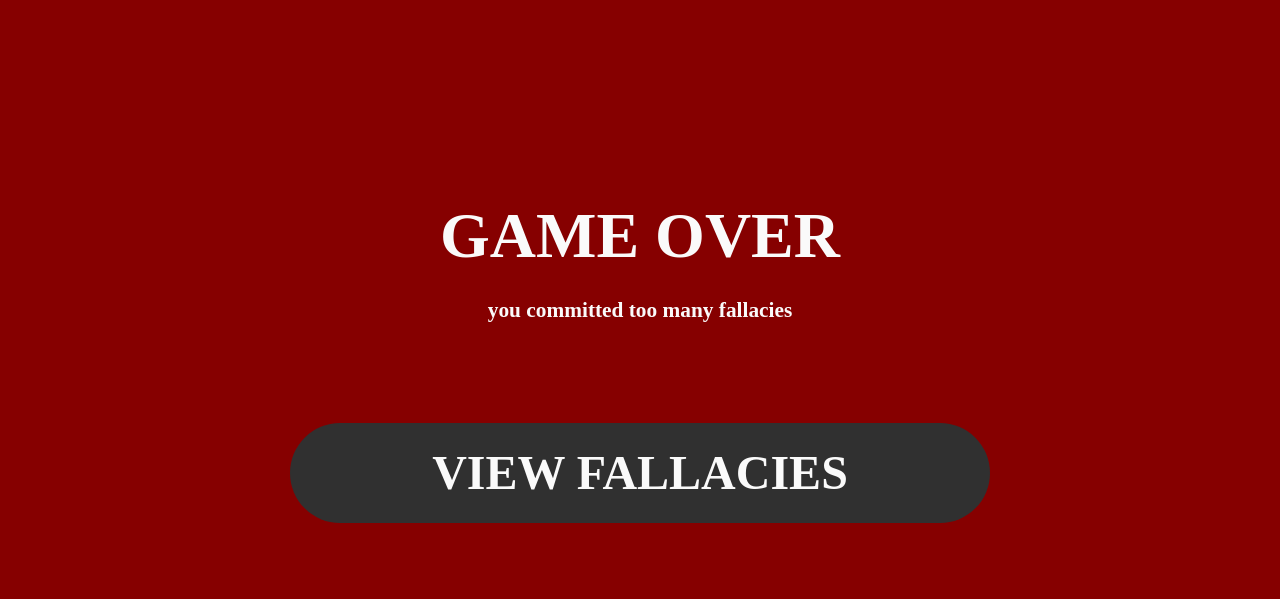
Repository: cindyvunguyen/fallacy
Page: index.html
The author's editor kept a copy of each file at every save. The page is drawn from the files as they stood at one save, then again after the next save.
The browser window is 1280 px wide. The pictures show the whole page.
Some web fonts or font styles are not loaded; a fallback is used.

Above is the page before, as saved 2020-03-12 17:17:59.

After the next save:
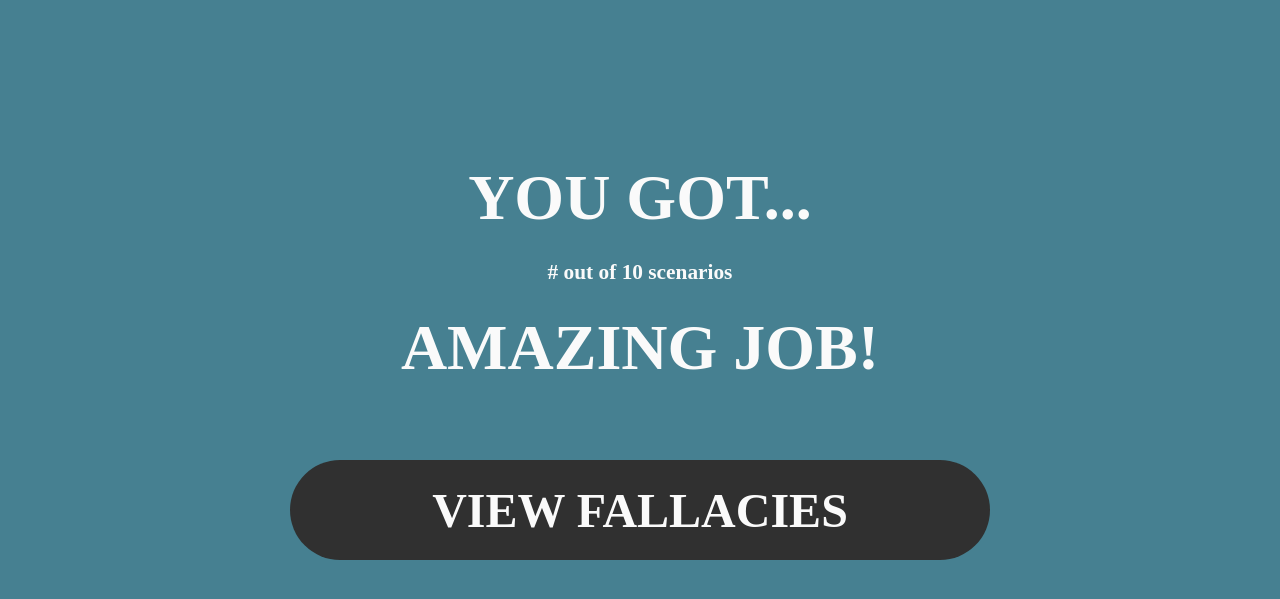
Saved 75 s later.
--- a/style.css
+++ b/style.css
@@ -178,8 +178,8 @@ body {
 #results-page {
     width: 100vw;
     height: 100vh;
-    /* display: flex; */
-    display: none;
+    display: flex;
+    /* display: none; */
     flex-direction: column;
     align-items: center;
     justify-content: center;
@@ -202,13 +202,14 @@ body {
 
 #rp-results {
     font-size: 16pt;
+    font-weight: bold;
 }
 
 #game-over-page {
     width: 100vw;
     height: 100vh;
-    display: flex;
-    /* display: none; */
+    /* display: flex; */
+    display: none;
     flex-direction: column;
     align-items: center;
     justify-content: center;
